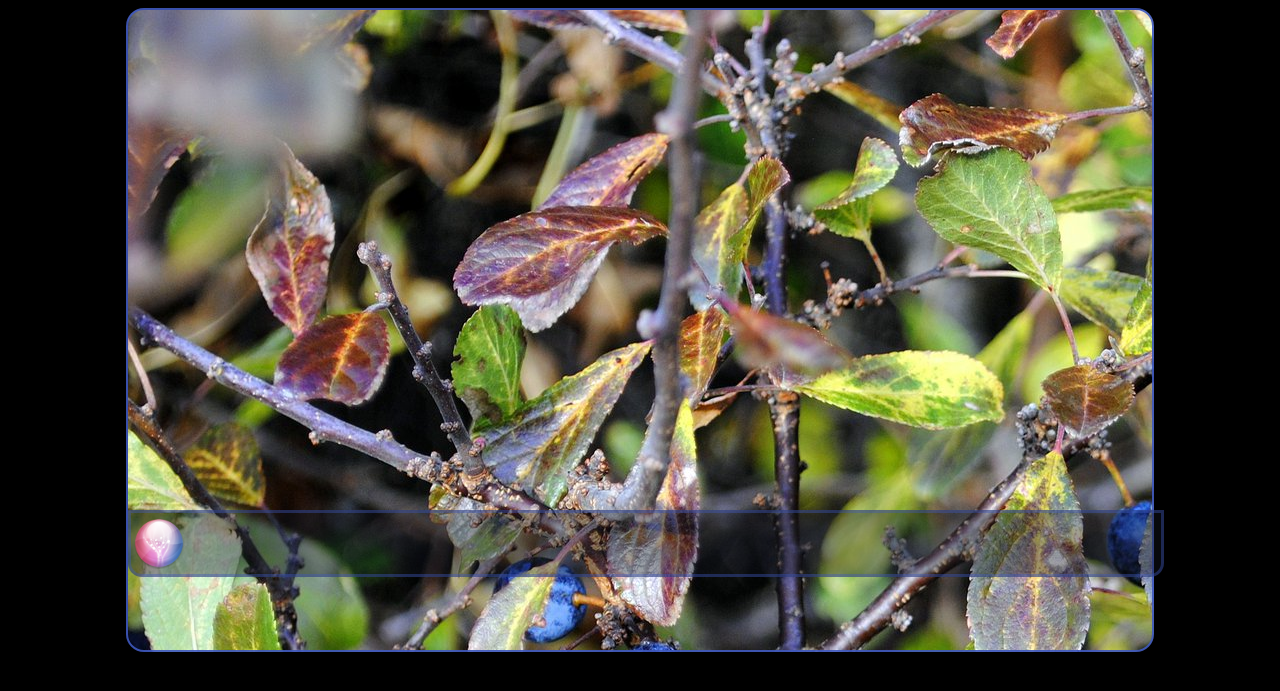
Repository: js223mx/js223mx-1dv403-laborationer
Page: 5-pwd/index.html
The author's editor kept a record of every edit. The page is drawn from the files as they stood at one moment, then again after the next edit.
The browser window is 1280 px wide. The pictures show the whole page.

Above is the page before.

### 5-pwd/index.html
<!DOCTYPE html>
<html lang="sv">
	<head>
	    <meta charset="utf-8" />
		<title>Projektuppgift</title>
		<link rel="stylesheet" href="css/style.css"/>
	</head>
	<body>
		<main id=Mymain>
		<footer id="Myfooter">
			<a class = "icon" id="menuicon" href="#" title="Välj ny bakgrund"><img class="iconImg" src="css/menuicon.png" /></a>
		</footer>
		</main>
	</body>
</html>

### 5-pwd/css/style.css
html{
  height: 100%;
}
body{
    background-color: black;
}
#Mymain{
    display: block;
    width: 1024px;
    height: 640px;
    border: 2px solid hsla(228,50%,50%,0.9);
    border-top-style: solid;
    border-right-style: solid;
    border-left-style: solid;
    border-top-right-radius: 18px;
    border-top-left-radius: 18px;
    border-bottom-right-radius: 18px;
    border-bottom-left-radius: 18px;
    background-image:url('slanbar.jpg');
    background-repeat: no-repeat;
    margin-right:auto;
    margin-left: auto;

}
#Myfooter{
    width:1024px;
    height:55px;
    margin-left:auto;
    margin-right: auto;
    margin-top: 500px;
    border: solid hsla(228,50%,50%,0.4);
    background-color:hsla(228,25%,10%,0.4);
    padding:3px;
    border-bottom-left-radius: 14px;
    border-bottom-right-radius: 14px;
    bottom:0;
    left:0;
}
.iconImg{
    margin-top: 3px;

}
#Myfooter a:hover, a:focus {
    position: relative;
    -webkit-transform: scale(1.5);
    -ms-transform: scale(1.5);
    -moz-transform: scale(1.5);
    -o-transform: scale(1.5);
    transform: scale(1.5);
    z-index: 1;
 }

After the next edit:
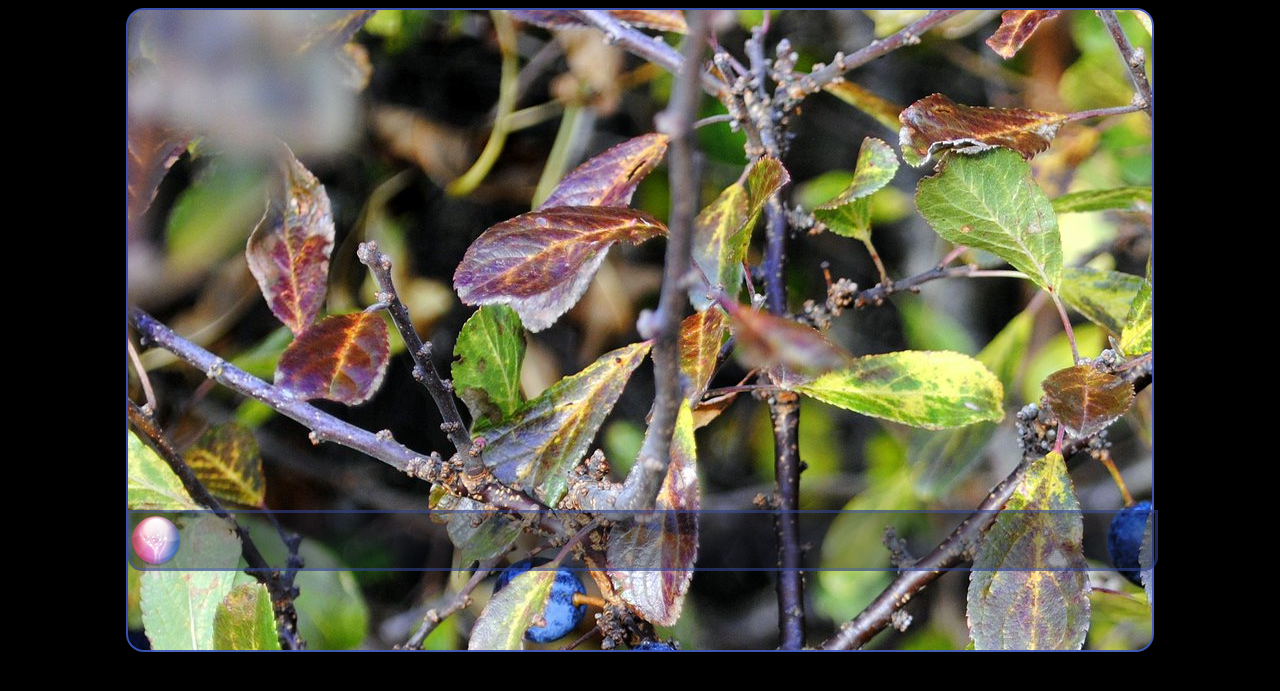
The edit:
--- a/5-pwd/css/style.css
+++ b/5-pwd/css/style.css
@@ -30,7 +30,7 @@
     margin-top: 500px;
     border: solid hsla(228,50%,50%,0.4);
     background-color:hsla(228,25%,10%,0.4);
-    padding:3px;
+
     border-bottom-left-radius: 14px;
     border-bottom-right-radius: 14px;
     bottom:0;
